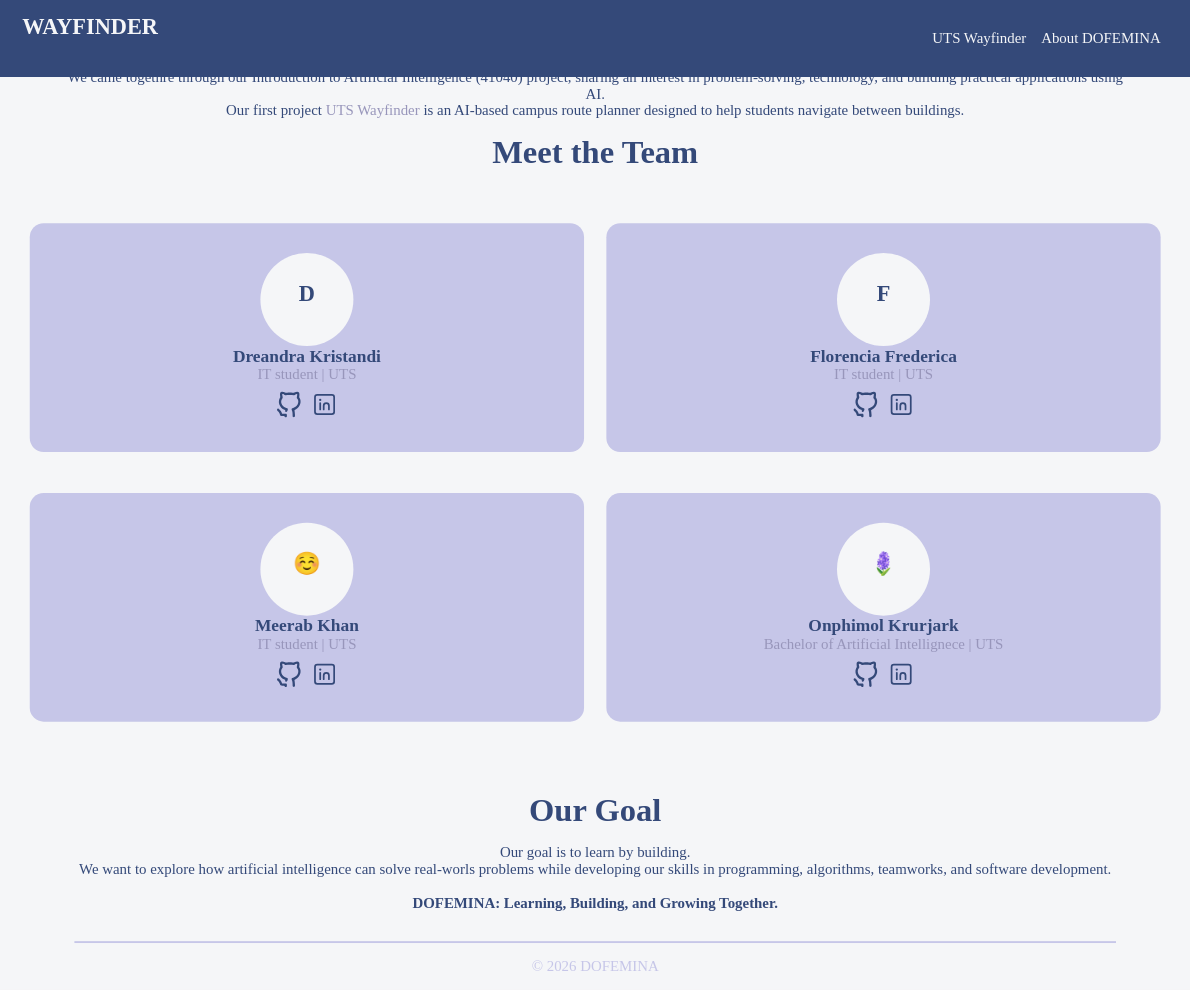
Repository: Meerab-K/uts-wayfinder
Page: html/about.html
The author's editor kept a copy of each file at every save. The page is drawn from the files as they stood at one save, then again after the next save.
The browser window is 1280 px wide. The pictures show the whole page, at 93% of full size.
Some web fonts or font styles are not loaded; a fallback is used.

Above is the page before, as saved 2026-10-19 21:58:54.

### html/about.html
<!DOCTYPE html>
<html lang="en">
<head>
    <meta charset="UTF-8">
    <meta name="viewport" content="width=device-width, initial-scale=1.0">
    <title>About DOFEMINA - UTS Wayfinder</title>

    <link rel="stylesheet" href="../css/common.css">
    <link rel="stylesheet" href="../css/about.css">
    <link rel="stylesheet" href="../css/responsive.css">

    <!-- Google Fonts -->
    <link rel="preconnect" href="https://fonts.googleapis.com">
    <link rel="preconnect" href="https://fonts.gstatic.com" crossorigin>
    <link href="https://fonts.googleapis.com/css2?family=Maname&display=swap" rel="stylesheet">

</head>
<body>
    <header>
        <nav class="navbar">
            <h1>WAYFINDER</h1>
            <ul>
                <li><a href="index.html">UTS Wayfinder</a></li>
                <li><a href="about.html">About DOFEMINA</a></li>
            </ul>
        </nav>
    </header>

    <main>
        <h2>About DOFEMINA</h2>
        <div class="content-box">
            <p>DOFEMINA is a group of 4 Artifical Intelligence and Information Technology students at University of Technology (UTS)</p>
            <p>We came togethre through our Introduction to Artificial Intelligence (41040) project, sharing an interest in problem-solving, technology, and building practical applications using AI.</p>
            <p>Our first project <span class="highlight">UTS Wayfinder</span> is an AI-based campus route planner designed to help students navigate between buildings.</p>
        </div>

        <h2>Meet the Team</h2>
        <div class="team-contact">
            <div class="card-holder">
                <div class="profile"><span>D</span></div>
                <h3 class="name">Dreandra Kristandi</h3>
                <div class="bio">IT student | UTS</div>
                <div class="contact-link">
                    <a href=""><span class="github-icon"></span></a>
                    <a href=""><span class="linkedin-icon"></span></a>
                </div>
            </div>
            <div class="card-holder">
                <div class="profile"><span>F</span></div>
                <h3 class="name">Florencia Frederica</h3>
                <div class="bio">IT student | UTS</div>
                <div class="contact-link">
                    <a href=""><span class="github-icon"></span></a>
                    <a href=""><span class="linkedin-icon"></span></a>
                </div>
            </div>
            <div class="card-holder">
                <div class="profile"><span>☺️</span></div>
                <h3 class="name">Meerab Khan</h3>
                <div class="bio">IT student | UTS</div>
                <div class="contact-link">
                    <a href=""><span class="github-icon"></span></a>
                    <a href=""><span class="linkedin-icon"></span></a>
                </div>
            </div>
            <div class="card-holder">
                <div class="profile"><span>🪻</span></div>
                <h3 class="name">Onphimol Krurjark</h3>
                <div class="bio">Bachelor of Artificial Intellignece | UTS</div>
                <div class="contact-link">
                    <a href="https://github.com/JiajyStudio"><span class="github-icon"></span></a>
                    <a href=""><span class="linkedin-icon"></span></a>
                </div>
            </div>
        </div>

        <h2>Our Goal</h2>
        <div class="content-box">
            <p>Our goal is to learn by building.</p>
            <p>We want to explore how artificial intelligence can solve real-worls problems while developing our skills in programming, algorithms, teamworks, and software development.</p>
            <p><br><b>DOFEMINA: Learning, Building, and Growing Together.</b></p>
        </div>

    </main>

    <footer>
        <p>&copy; 2026 DOFEMINA </p>
    </footer>
</body>
</html>

### css/common.css
:root {
    /*Background*/
    --background-color: #f5f6f8;
    --primary-color: #344979;
    --secondary-color: #9896BB;

    /*Highlight*/
    --highlight-purple: #c6c6e8;
    --highlight-pink: #f7e5eb;

    /*Font*/
    --font: "Maname", serif;
}

* {
    margin: 0;
    padding: 0;
    font-family: var(--font);
}

body {
    background-color: var(--background-color);
    color: var(--primary-color);
}

footer {
    text-align: center;
    margin: 0 5rem;
    padding: 1rem;
    border-top: 2px solid var(--highlight-purple);
    color: var(--highlight-purple);
}

h2 {
    color: var(--primary-color);
    padding: 1rem;
    font-size: 35px;
}

.navbar {
    background-color: var(--primary-color);
    padding: 1rem;
    margin: 0;
    position: fixed;
    top: 0;
    z-index: 100;
    width: 100%;
    display: flex;
    justify-content: space-between;
    box-sizing: border-box;
}

.navbar h1 {
    color: var(--background-color);
    padding: 0 0 0 0.5rem;
}

.navbar ul {
    list-style-type: none;
    display: flex;
    gap: 1rem;
    margin: 1rem;
}

.navbar a {
    text-decoration: none;
    color: var(--background-color);
}

.navbar a:hover {
    color: var(--highlight-purple);
}

.floating-menu-btn {
    position: fixed;
    bottom: 1rem;
    right: 1rem;
    width: 50px;
    height: 50px;
    background-color: var(--primary-color);
    border-radius: 50%;
    display: flex;
    justify-content: center;
    align-items: center;
    cursor: pointer;
    z-index: 1000;
}

.floating-menu-btn span{
    background-color: var(--background-color);
    width: 30px;
    height: 3px;
}

main {
    margin-top: 10rem;
}

### css/about.css
main {
    padding: 0 2rem;
    margin-top: -1rem;
    margin-bottom: 2rem;
    width: 100%;
    box-sizing: border-box;
}

.highlight {
    color: var(--secondary-color);
}

h2 {
    text-align: center;
}

.content-box {
    padding: 0 2rem;
    text-align: center;
}

.team-contact {
    display: grid;
    grid-template-columns: repeat(2, minmax(0, 1fr));
    justify-content: center;
    gap: 24px;
    margin: 40px auto;
}

.card-holder {
    background-color: var(--highlight-purple);
    border-radius: 15px;
    padding: 2rem;
    width: 100%;
    box-sizing: border-box;

    margin: 0 auto 20px;

    display: flex;
    flex-direction: column;
    align-items: center;
    justify-content: center;
    text-align: center;
}

.profile {
    display: flex;
    align-items: center;
    justify-content: center;

    height: 100px;
    width: 100px;
    border-radius: 50%;
    background-color: var(--background-color);

    font-size: 1.5rem;
    font-weight: bold;
    line-height: 1;
    padding: 0;
    box-sizing: border-box;
}

.profile span {
    display: block;
    transform: translate(0, -6px);
    color: var(--primary-color)
}

.name {
    margin: 0;
}

.bio {
    color: var(--secondary-color);
}

.contact-link {
    display: inline-flex;
    gap: 0.5rem;
    margin-top: 0.5rem;
    height: auto;
}

.github-icon {
    display: inline-block;
    width: 30px;
    height: 30px;

    background-color: var(--primary-color);
    mask: url("../svg/github.svg") center / contain no-repeat;
}

.github-icon:hover {
    background-color: var(--highlight-pink);
}

.linkedin-icon {
    display: inline-block;
    width: 30px;
    height: 30px;

    background-color: var(--primary-color);
    mask: url("../svg/linkedin.svg") center / contain no-repeat;
}

.linkedin-icon:hover {
    background-color: var(--highlight-pink);
}

### css/responsive.css
@media (max-width: 1000px) {
    /*index.html*/
    #map_section {
        display: block;
    }

    #map_section img {
        width: 100%;
        margin: 0;
    }

    #map_section div h2 {
        text-align: center;
    }

    #map_section div table {
        width: 100%;
    }
}

@media (max-width: 800px) {
    main {
        margin-top: 10rem;
    }

    .navbar {
        text-align: center;
        display: block;
    }

    .navbar ul {
        justify-content: center;
        margin-top: 1.5rem;
        padding: 0.5rem;
        border-top: 1px solid var(--secondary-color);
    }

    /*index.html*/
    form select {
        width: 60%;
    }

    /*about.html*/
    .team-contact {
        grid-template-columns: 1fr;
        max-width: 450px;
    }
}

### svg/github.svg
<?xml version="1.0" encoding="utf-8"?><!-- Uploaded to: SVG Repo, www.svgrepo.com, Generator: SVG Repo
Mixer Tools -->
<svg width="800px" height="800px" viewBox="0 0 24 24" fill="none" xmlns="http://www.w3.org/2000/svg">
    <path
        d="M4.0744 2.9938C4.13263 1.96371 4.37869 1.51577 5.08432 1.15606C5.84357 0.768899 7.04106 0.949072 8.45014 1.66261C9.05706 1.97009 9.11886 1.97635 10.1825 1.83998C11.5963 1.65865 13.4164 1.65929 14.7213 1.84164C15.7081 1.97954 15.7729 1.97265 16.3813 1.66453C18.3814 0.651679 19.9605 0.71795 20.5323 1.8387C20.8177 2.39812 20.8707 3.84971 20.6494 5.04695C20.5267 5.71069 20.5397 5.79356 20.8353 6.22912C22.915 9.29385 21.4165 14.2616 17.8528 16.1155C17.5801 16.2574 17.3503 16.3452 17.163 16.4167C16.5879 16.6363 16.4133 16.703 16.6247 17.7138C16.7265 18.2 16.8491 19.4088 16.8973 20.4002C16.9844 22.1922 16.9831 22.2047 16.6688 22.5703C16.241 23.0676 15.6244 23.076 15.2066 22.5902C14.9341 22.2734 14.9075 22.1238 14.9075 20.9015C14.9075 19.0952 14.7095 17.8946 14.2417 16.8658C13.6854 15.6415 14.0978 15.185 15.37 14.9114C17.1383 14.531 18.5194 13.4397 19.2892 11.8146C20.0211 10.2698 20.1314 8.13501 18.8082 6.83668C18.4319 6.3895 18.4057 5.98446 18.6744 4.76309C18.7748 4.3066 18.859 3.71768 18.8615 3.45425C18.8653 3.03823 18.8274 2.97541 18.5719 2.97541C18.4102 2.97541 17.7924 3.21062 17.1992 3.49805L16.2524 3.95695C16.1663 3.99866 16.07 4.0147 15.975 4.0038C13.5675 3.72746 11.2799 3.72319 8.86062 4.00488C8.76526 4.01598 8.66853 3.99994 8.58215 3.95802L7.63585 3.49882C7.04259 3.21087 6.42482 2.97541 6.26317 2.97541C5.88941 2.97541 5.88379 3.25135 6.22447 4.89078C6.43258 5.89203 6.57262 6.11513 5.97101 6.91572C5.06925 8.11576 4.844 9.60592 5.32757 11.1716C5.93704 13.1446 7.4295 14.4775 9.52773 14.9222C10.7926 15.1903 11.1232 15.5401 10.6402 16.9905C10.26 18.1319 10.0196 18.4261 9.46707 18.4261C8.72365 18.4261 8.25796 17.7821 8.51424 17.1082C8.62712 16.8112 8.59354 16.7795 7.89711 16.5255C5.77117 15.7504 4.14514 14.0131 3.40172 11.7223C2.82711 9.95184 3.07994 7.64739 4.00175 6.25453C4.31561 5.78028 4.32047 5.74006 4.174 4.83217C4.09113 4.31822 4.04631 3.49103 4.0744 2.9938Z"
        fill="currentColor" />
    <path
        d="M3.33203 15.9454C3.02568 15.4859 2.40481 15.3617 1.94528 15.6681C1.48576 15.9744 1.36158 16.5953 1.66793 17.0548C1.8941 17.3941 2.16467 17.6728 2.39444 17.9025C2.4368 17.9449 2.47796 17.9858 2.51815 18.0257C2.71062 18.2169 2.88056 18.3857 3.05124 18.5861C3.42875 19.0292 3.80536 19.626 4.0194 20.6962C4.11474 21.1729 4.45739 21.4297 4.64725 21.5419C4.85315 21.6635 5.07812 21.7352 5.26325 21.7819C5.64196 21.8774 6.10169 21.927 6.53799 21.9559C7.01695 21.9877 7.53592 21.998 7.99999 22.0008C8.00033 22.5527 8.44791 23.0001 8.99998 23.0001C9.55227 23.0001 9.99998 22.5524 9.99998 22.0001V21.0001C9.99998 20.4478 9.55227 20.0001 8.99998 20.0001C8.90571 20.0001 8.80372 20.0004 8.69569 20.0008C8.10883 20.0026 7.34388 20.0049 6.67018 19.9603C6.34531 19.9388 6.07825 19.9083 5.88241 19.871C5.58083 18.6871 5.09362 17.8994 4.57373 17.2891C4.34391 17.0194 4.10593 16.7834 3.91236 16.5914C3.87612 16.5555 3.84144 16.5211 3.80865 16.4883C3.5853 16.265 3.4392 16.1062 3.33203 15.9454Z"
        fill="currentColor" />
</svg>

### svg/linkedin.svg
<?xml version="1.0" encoding="utf-8"?><!-- Uploaded to: SVG Repo, www.svgrepo.com, Generator: SVG Repo
Mixer Tools -->
<svg width="800px" height="800px" viewBox="0 0 192 192" xmlns="http://www.w3.org/2000/svg"
    fill="none">
    <rect width="132" height="132" x="30" y="30" stroke="currentColor" stroke-width="12" rx="16" />
    <path stroke="currentColor" stroke-linecap="round" stroke-linejoin="round" stroke-width="12"
        d="M66 86v44" />
    <circle cx="66" cy="64" r="8" fill="currentColor" />
    <path stroke="currentColor" stroke-linecap="round" stroke-width="12"
        d="M126 130v-26c0-9.941-8.059-18-18-18v0c-9.941 0-18 8.059-18 18v26" />
</svg>

After the next save:
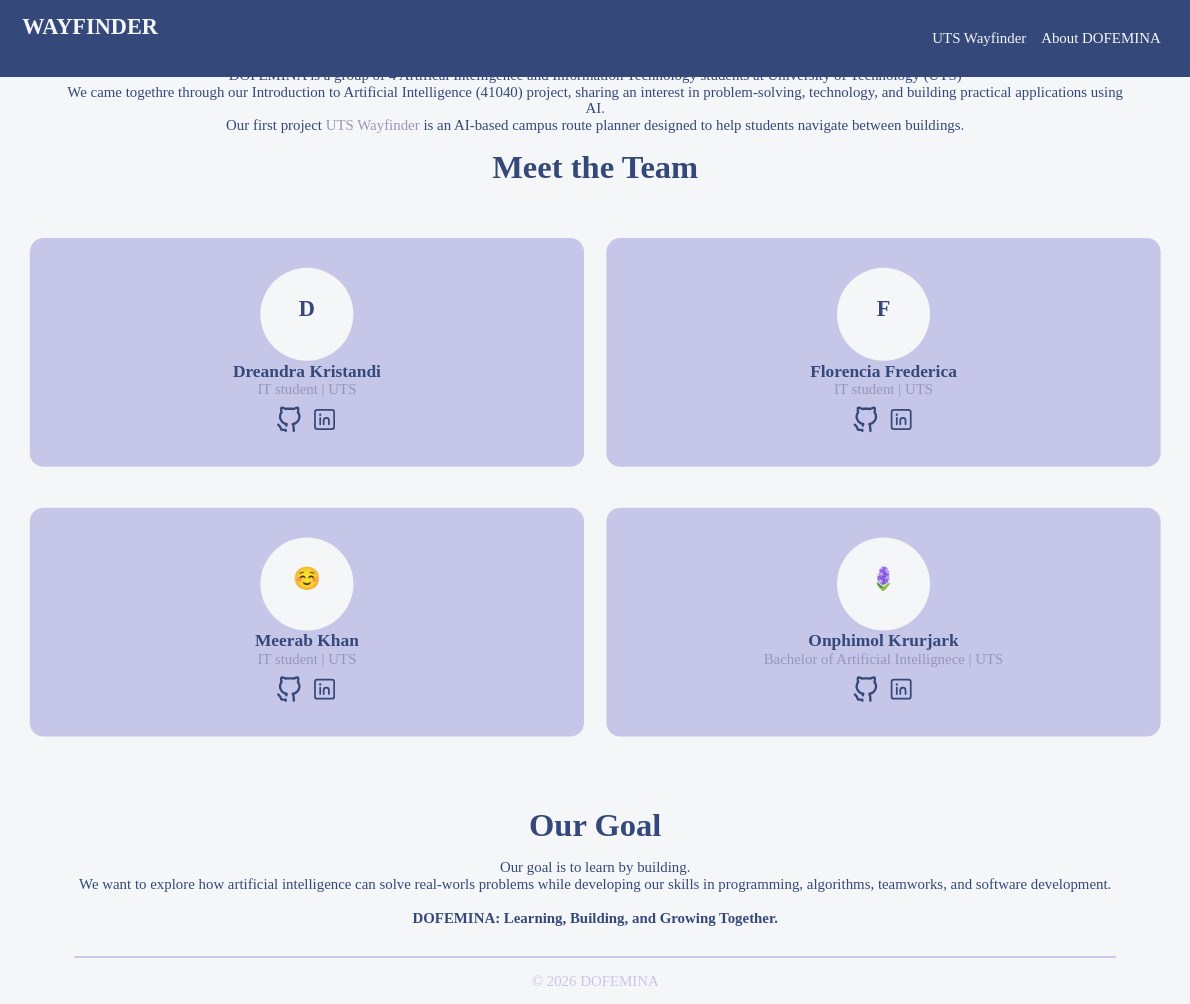
Saved 6 s later.
--- a/css/about.css
+++ b/css/about.css
@@ -1,6 +1,6 @@
 main {
     padding: 0 2rem;
-    margin-top: -1rem;
+    margin-top: 0;
     margin-bottom: 2rem;
     width: 100%;
     box-sizing: border-box;
